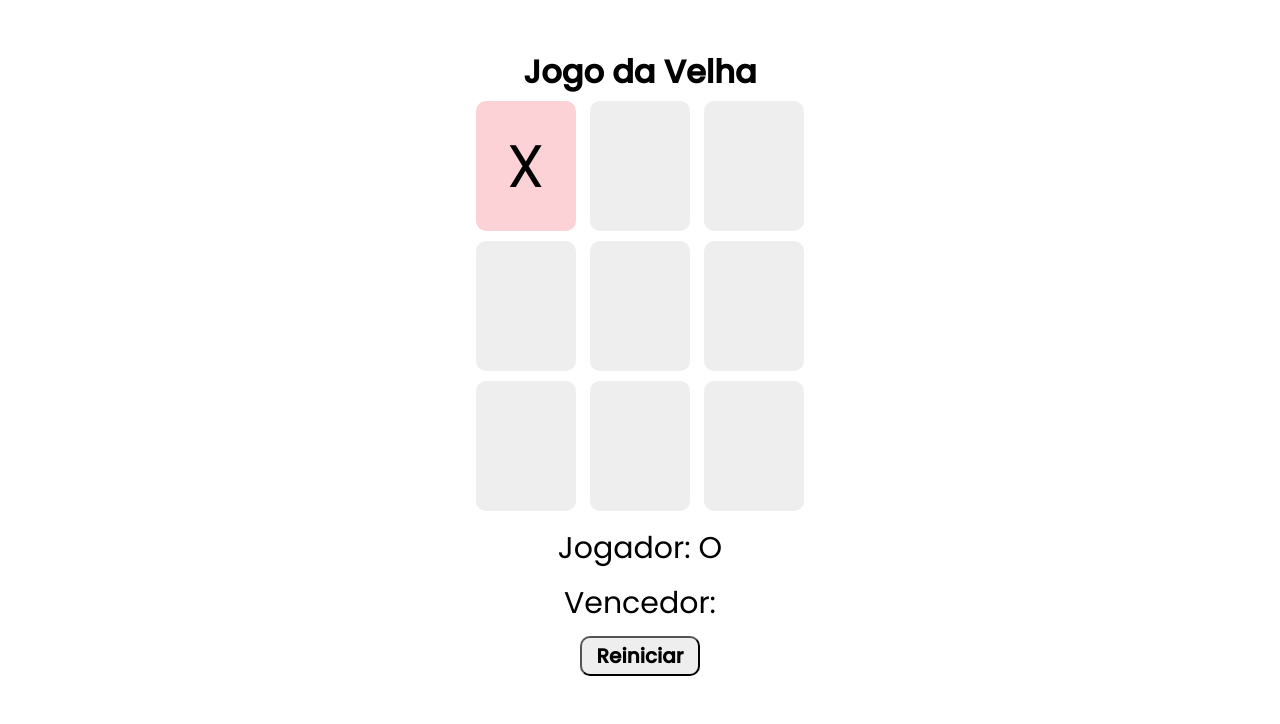
Repository: guilhermecardoso93/jogodavelha
Page: index.html
These files come from the project's save history. The page is drawn as it stood at one moment and after the next save; the edit follows.
The browser window is 1280 px wide. The pictures show the whole page.
After loading, the first visible `#\31` was clicked once.

Above is the page before, as saved 2023-05-31 22:40:40.

### index.html
<!DOCTYPE html>
<html lang="pt-BR">
  <head>
    <meta charset="UTF-8">
    <meta http-equiv="X-UA-Compatible" content="IE=edge">
    <meta name="viewport" content="width=device-width, initial-scale=1.0">
    <link rel="stylesheet" href="styles.css">
    <title>Jogo da Velha</title>
  </head>
  <body>
    <main>
      <h1>Jogo da Velha</h1>
      <div>
        <div id="1" class="squad" onclick="chooseSquad(this.id)">-</div>
        <div id="2" class="squad" onclick="chooseSquad(this.id)">-</div>
        <div id="3" class="squad" onclick="chooseSquad(this.id)">-</div>
      </div>
      <div>
        <div id="4" class="squad" onclick="chooseSquad(this.id)">-</div>
        <div id="5" class="squad" onclick="chooseSquad(this.id)">-</div>
        <div id="6" class="squad" onclick="chooseSquad(this.id)">-</div>
      </div>
      <div>
        <div id="7" class="squad" onclick="chooseSquad(this.id)">-</div>
        <div id="8" class="squad" onclick="chooseSquad(this.id)">-</div>
        <div id="9" class="squad" onclick="chooseSquad(this.id)">-</div>
      </div>
      <div class="player">
        <label>Jogador:</label>
        <label id="player-select"></label>
      </div>
      <div class="winner">
        <label>Vencedor:</label>
        <label id="winner-player"></label>
      </div>
      <div>
        <button type="button" id="reiniciarButton">Reiniciar</button>
      </div>
    </main>
    <script src="script.js"></script>
  </body>
</html>

### styles.css
@import url("https://fonts.googleapis.com/css2?family=Poppins:wght@400;500&display=swap");

* {
  margin: 0;
  padding: 0;
  box-sizing: border-box;
  font-family: "Poppins", sans-serif;
}

body {
  margin: 3rem;
  text-align: center;
}

.squad {
  display: inline-block;
  padding: 20px;
  margin: 5px;
  width: 100px;

  text-align: center;
  color: #eee;
  font-size: 60px;
  background-color: #eee;
  cursor: pointer;
  border-radius: 10px;
}

.player,
.winner {
  font-size: 30px;
  margin-top: 10px;
}

button {
  width: 120px;
  height: 40px;
  margin-top: 10px;
  background-color: #eee;
  cursor-pointer: pointer;
  border-radius: 10px;
  font-size: 20px;
  text-align: center;
  justify-content: center;
  font-weight: bold;
}

button:hover {
  color: #eee;
  background-color: #000000;
}

### script.js
var player, winner = null;
const playerSelected = document.getElementById("player-select");
const winnerPlayer = document.getElementById("winner-player");
const allSquad = document.getElementsByClassName("squad");

changePlayer("X");

function chooseSquad(id) {
  if(winner !== null ){
    return
  }

  var squad = document.getElementById(id);

  if (squad.innerHTML !== "-") {
    return;
  }

  squad.innerHTML = player;
  squad.style.color = "#000000";

  if (player === "X") {
    player = "O";
    squad.style.backgroundColor = "#e233";
  } else {
    player = "X";
    squad.style.backgroundColor = "#9ff3ff";
  }

  changePlayer(player);
  checkingWinner();
}

function changePlayer(value) {
  player = value;
  playerSelected.innerHTML = player;
}

function checkingWinner() {
  var squad1 = document.getElementById(1);
  var squad2 = document.getElementById(2);
  var squad3 = document.getElementById(3);
  var squad4 = document.getElementById(4);
  var squad5 = document.getElementById(5);
  var squad6 = document.getElementById(6);
  var squad7 = document.getElementById(7);
  var squad8 = document.getElementById(8);
  var squad9 = document.getElementById(9);

  if (checkSession(squad1, squad2, squad3)) {
    changeBackSquad(squad1, squad2, squad3);
    changeWinnerName(squad1);
    return;
  }

  if (checkSession(squad4, squad5, squad6)) {
    changeBackSquad(squad4, squad5, squad6);
    changeWinnerName(squad4);
    return;
  }

  if (checkSession(squad7, squad8, squad9)) {
    changeBackSquad(squad7, squad8, squad9);
    changeWinnerName(squad7);
    return;
  }

  if (checkSession(squad1, squad4, squad7)) {
    changeBackSquad(squad1, squad4, squad7);
    changeWinnerName(squad1);
    return;
  }

  if (checkSession(squad2, squad5, squad8)) {
    changeBackSquad(squad2, squad5, squad8);
    changeWinnerName(squad2);
    return;
  }

  if (checkSession(squad3, squad6, squad9)) {
    changeBackSquad(squad3, squad6, squad9);
    changeWinnerName(squad3);
    return;
  }

  if (checkSession(squad1, squad5, squad9)) {
    changeBackSquad(squad1, squad5, squad9);
    changeWinnerName(squad1);
    return;
  }

  if (checkSession(squad3, squad5, squad7)) {
    changeBackSquad(squad3, squad5, squad7);
    changeWinnerName(squad3);
  }
}

function changeWinnerName(squad) {
  winner = squad.innerHTML;
  winnerPlayer.innerHTML = winner;
}

function changeBackSquad(squad1, squad2, squad3) {
  squad1.style.backgroundColor = "#7efa6b";
  squad2.style.backgroundColor = "#7efa6b";
  squad3.style.backgroundColor = "#7efa6b";
}

function checkSession(squad1, squad2, squad3) {
  const equal = false;

  if (
    squad1.innerHTML !== "-" &&
    squad1.innerHTML === squad2.innerHTML &&
    squad2.innerHTML === squad3.innerHTML
  ) {
    equal = true;
  }

  return equal;
}

After the next save:
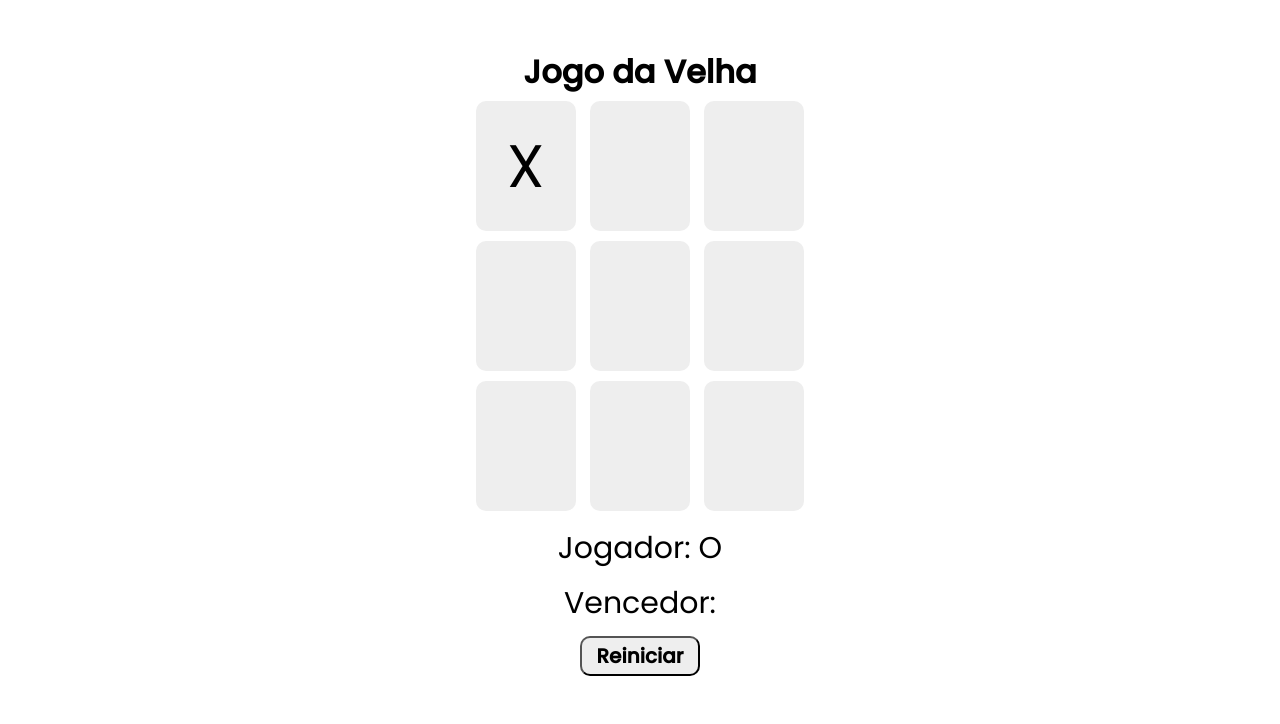
Saved 100 s later.
--- a/script.js
+++ b/script.js
@@ -21,10 +21,10 @@
 
   if (player === "X") {
     player = "O";
-    squad.style.backgroundColor = "#e233";
+   // squad.style.backgroundColor = "#e233";
   } else {
     player = "X";
-    squad.style.backgroundColor = "#9ff3ff";
+    //squad.style.backgroundColor = "#9ff3ff";
   }
 
   changePlayer(player);

After the save that followed:
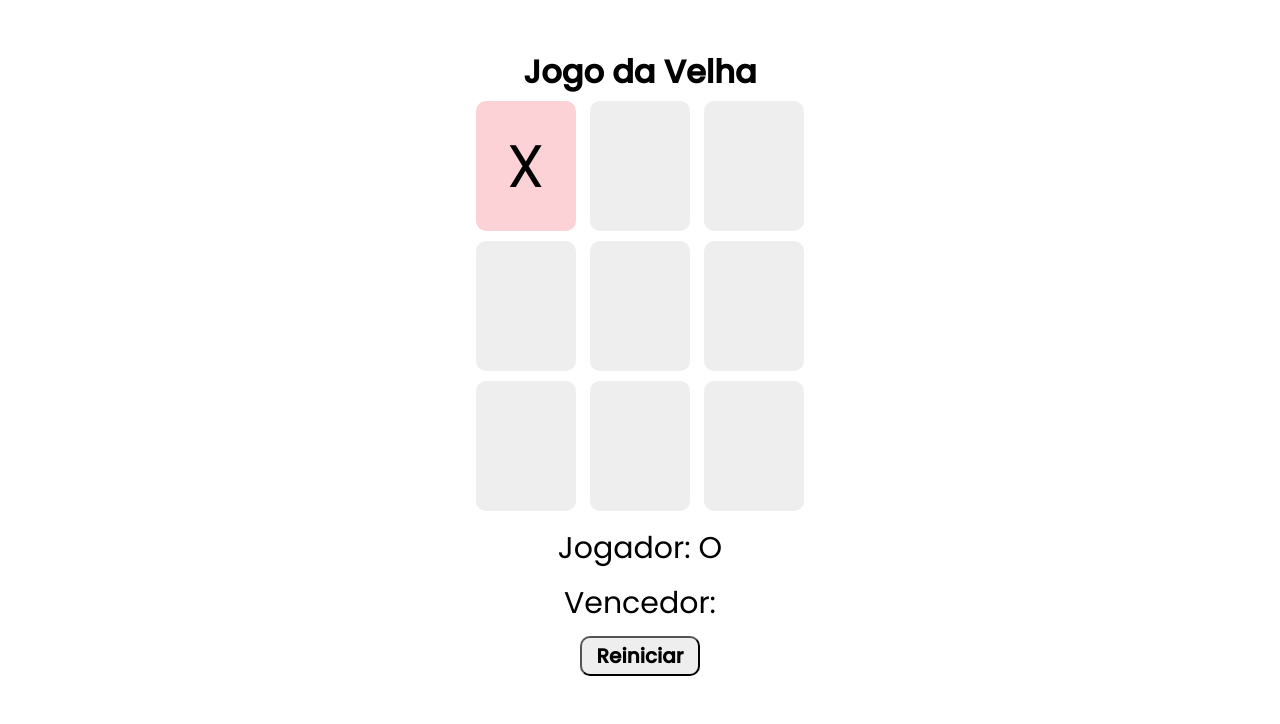
Saved 13 s later.
--- a/script.js
+++ b/script.js
@@ -21,10 +21,10 @@
 
   if (player === "X") {
     player = "O";
-   // squad.style.backgroundColor = "#e233";
+   squad.style.backgroundColor = "#e233";
   } else {
     player = "X";
-    //squad.style.backgroundColor = "#9ff3ff";
+    squad.style.backgroundColor = "#9ff3ff";
   }
 
   changePlayer(player);
